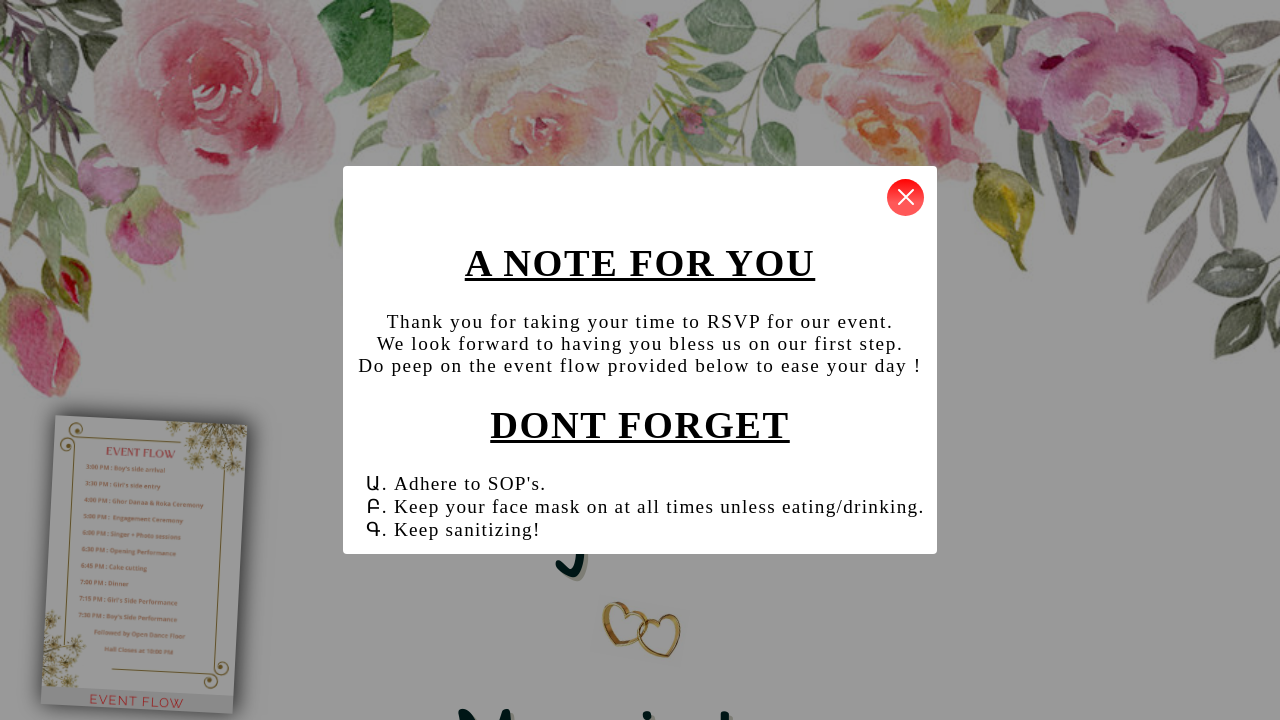
Repository: Rajveenz2/engagementinvite2
Page: index.html
The author's editor kept a copy of each file at every save. The page is drawn from the files as they stood at one save, then again after the next save.
The browser window is 1280 px wide. The pictures show the window.
A layer covers the whole window, so only the first screen is drawn.

Above is the page before, as saved 2022-03-14 17:51:46.

After the next save:
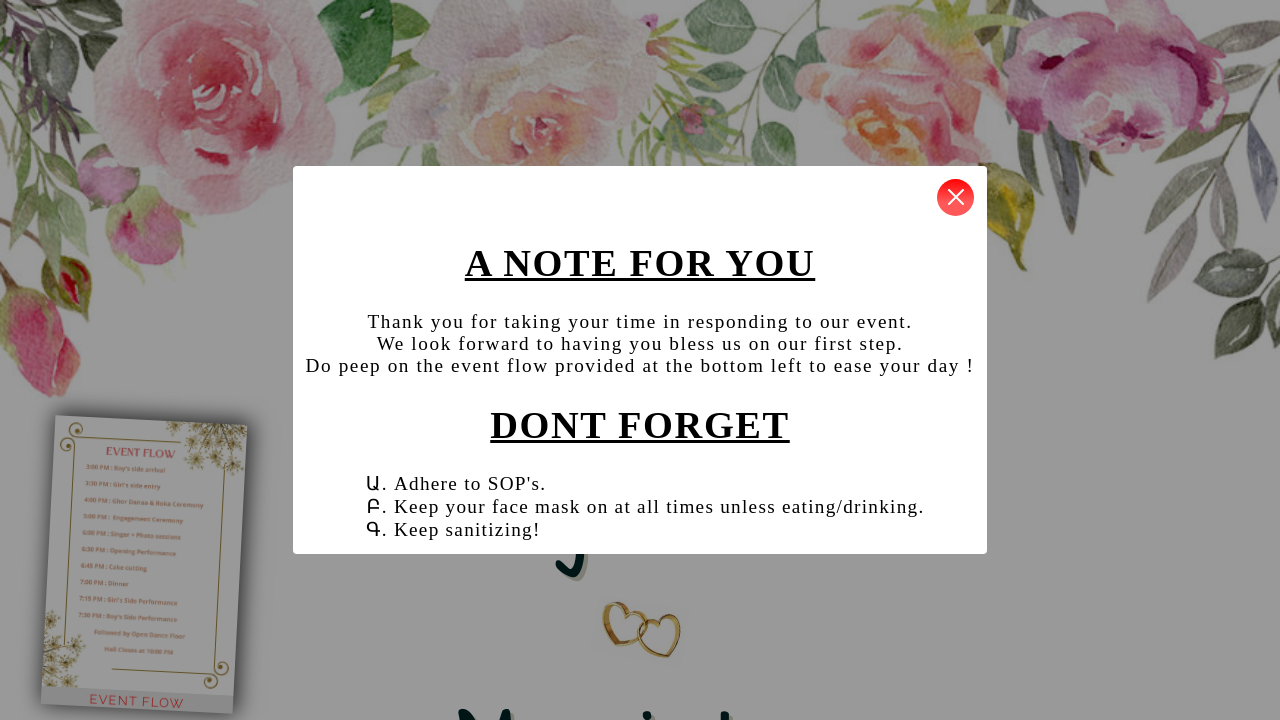
Saved 75 s later.
--- a/index.html
+++ b/index.html
@@ -40,13 +40,13 @@
                 </div>
             <h1>A note for you</h1>
             <span>
-                Thank you for taking your time to RSVP for our event.
+                Thank you for taking your time in responding to our event.
             </span>
             <span>
                 We look forward to having you bless us on our first step.
             </span>
             <span>
-                Do peep on the event flow provided below to ease your day !
+                Do peep on the event flow provided at the bottom left to ease your day !
             </span>
             <h1>dont forget</h1>
             <ul>
